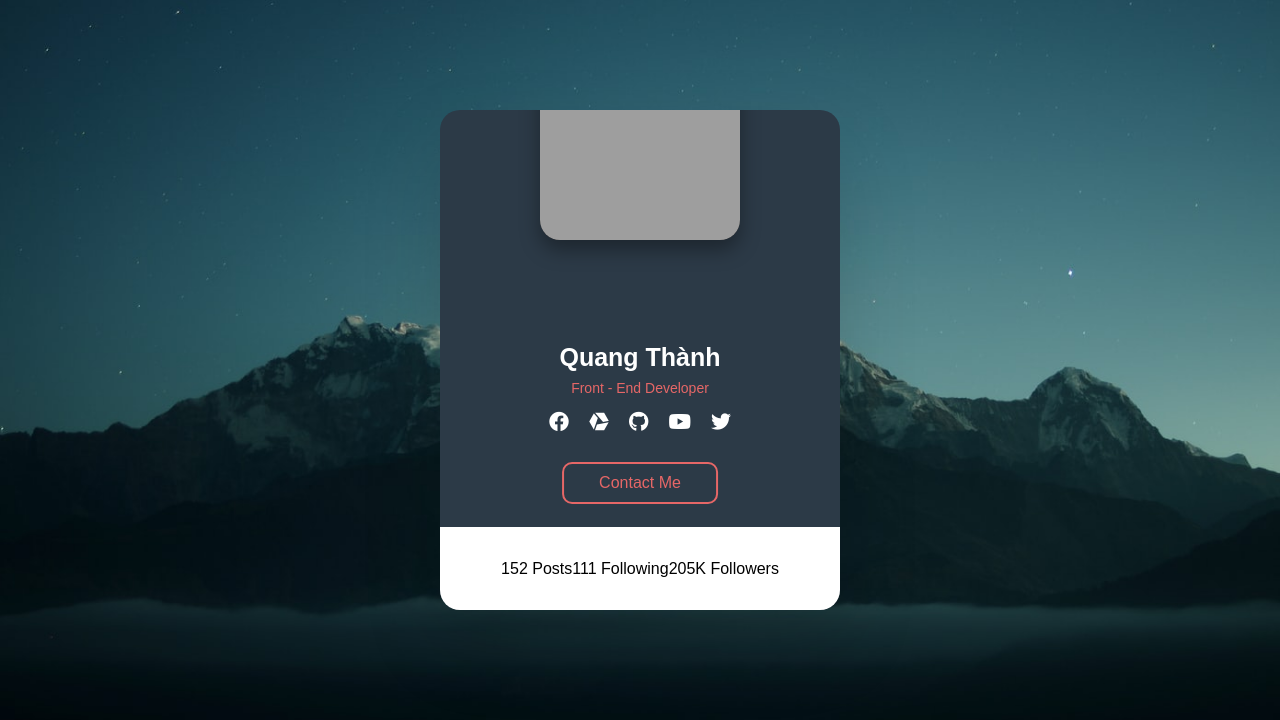
Repository: QuangThanh152/Profile-me
Page: index.html
These files come from the project's save history. The page is drawn as it stood at one moment and after the next save; the edit follows.
The browser window is 1280 px wide. The pictures show the whole page.
Pictures or frames that could not be fetched are drawn as grey boxes.

Above is the page before, as saved 2022-10-07 16:03:39.

After the next save:
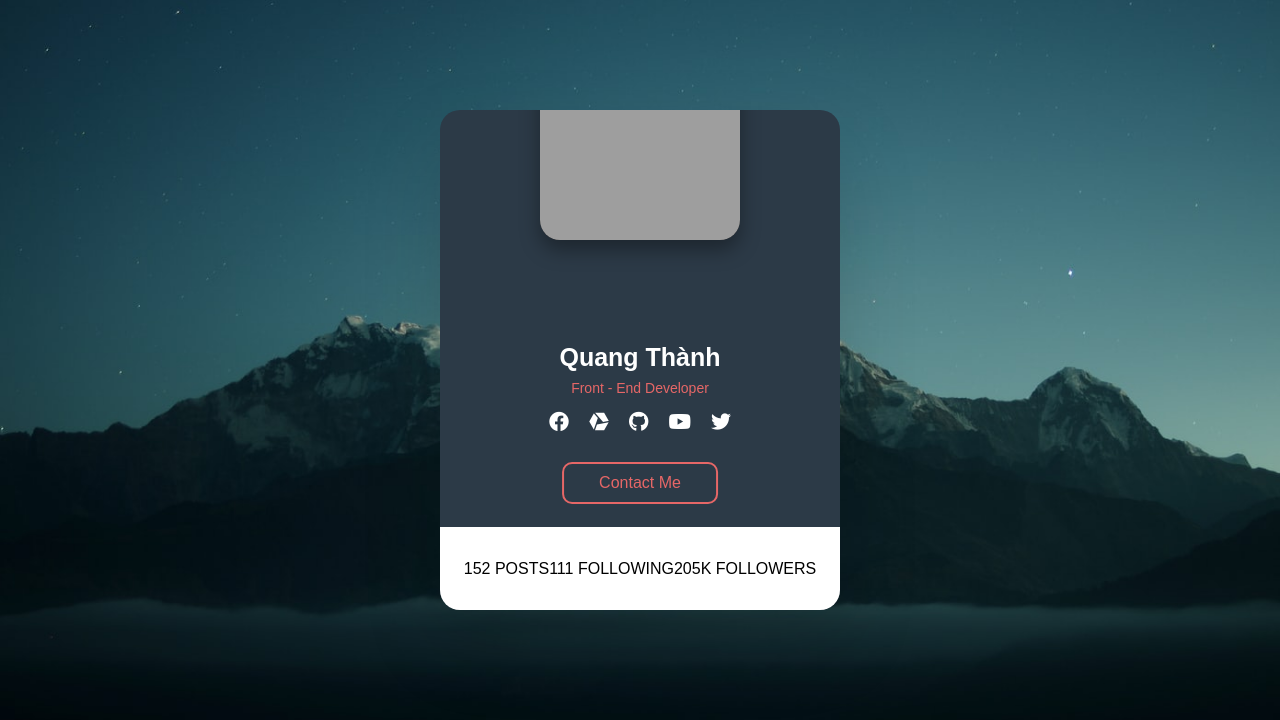
Saved 28 s later.
--- a/accets/main.css
+++ b/accets/main.css
@@ -117,4 +117,5 @@ body {
 }
 .item{
     flex: 1;
+    text-transform: uppercase;
 }
